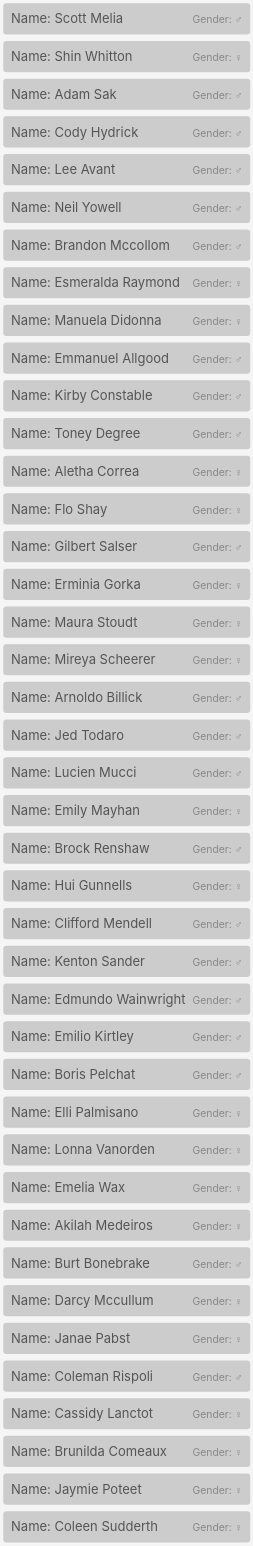
Repository: kfrancois/Bachelorproef-Apps
Screen: / (app in React Native/ListApp/.vscode/)
The author's editor kept a copy of each file at every save. The screen is drawn from the files as they stood at one save, then again after the next save.
The pictures are shown at 65% of full size.
An inner scrolling area shows only its first screen. The app was drawn by React Native's web renderer in a window 390 px wide. The project was rebuilt for these pictures with package versions that can differ from the ones it lists, and the page was loaded fresh each time.

Above is the screen before, as saved 2018-05-21 19:45:03.

### React Native/ListApp/.vscode/App.js
import React, { Component } from 'react';
import { SafeAreaView, View } from 'react-native';
import ListView from './src/listView';

export default class App extends Component {
  render() {
    return (
      <SafeAreaView>
        <View style={{ flex: 1, backgroundColor: 'black' }}>
          <ListView />
        </View>
      </SafeAreaView>
    );
  }
}

### React Native/ListApp/.vscode/src/listView.js
import React, { Component } from 'react';
import { View, FlatList, SafeAreaView, StyleSheet } from 'react-native';
import items from './items';
import Row from './row';

export default class MyListView extends Component {
  render() {
    return (
      <SafeAreaView style={{ flex: 1, backgroundColor: 'whitesmoke' }}>
        <FlatList
          contentContainerStyle={styles.container}
          data={items}
          renderItem={data => {
            return <Row item={data.item} />;
          }}
        />
      </SafeAreaView>
    );
  }
}

const styles = StyleSheet.create({
  container: {
    backgroundColor: 'whitesmoke',
    flexGrow: 1,
    justifyContent: 'space-between'
  }
});

### React Native/ListApp/.vscode/src/items.js
const items = [
  { key: '0', name: 'Scott Melia', gender: '♂' },
  { key: '1', name: 'Shin Whitton', gender: '♀' },
  { key: '2', name: 'Adam Sak', gender: '♂' },
  { key: '3', name: 'Cody Hydrick', gender: '♂' },
  { key: '4', name: 'Lee Avant', gender: '♂' },
  { key: '5', name: 'Neil Yowell', gender: '♂' },
  { key: '6', name: 'Brandon Mccollom', gender: '♂' },
  { key: '7', name: 'Esmeralda Raymond', gender: '♀' },
  { key: '8', name: 'Manuela Didonna', gender: '♀' },
  { key: '9', name: 'Emmanuel Allgood', gender: '♂' },
  { key: '10', name: 'Kirby Constable', gender: '♂' },
  { key: '11', name: 'Toney Degree', gender: '♂' },
  { key: '12', name: 'Aletha Correa', gender: '♀' },
  { key: '13', name: 'Flo Shay', gender: '♀' },
  { key: '14', name: 'Gilbert Salser', gender: '♂' },
  { key: '15', name: 'Erminia Gorka', gender: '♀' },
  { key: '16', name: 'Maura Stoudt', gender: '♀' },
  { key: '17', name: 'Mireya Scheerer', gender: '♀' },
  { key: '18', name: 'Arnoldo Billick', gender: '♂' },
  { key: '19', name: 'Jed Todaro', gender: '♂' },
  { key: '20', name: 'Lucien Mucci', gender: '♂' },
  { key: '21', name: 'Emily Mayhan', gender: '♀' },
  { key: '22', name: 'Brock Renshaw', gender: '♂' },
  { key: '23', name: 'Hui Gunnells', gender: '♀' },
  { key: '24', name: 'Clifford Mendell', gender: '♂' },
  { key: '25', name: 'Kenton Sander', gender: '♂' },
  { key: '26', name: 'Edmundo Wainwright', gender: '♂' },
  { key: '27', name: 'Emilio Kirtley', gender: '♂' },
  { key: '28', name: 'Boris Pelchat', gender: '♂' },
  { key: '29', name: 'Elli Palmisano', gender: '♀' },
  { key: '30', name: 'Lonna Vanorden', gender: '♀' },
  { key: '31', name: 'Emelia Wax', gender: '♀' },
  { key: '32', name: 'Akilah Medeiros', gender: '♀' },
  { key: '33', name: 'Burt Bonebrake', gender: '♂' },
  { key: '34', name: 'Darcy Mccullum', gender: '♀' },
  { key: '35', name: 'Janae Pabst', gender: '♀' },
  { key: '36', name: 'Coleman Rispoli', gender: '♂' },
  { key: '37', name: 'Cassidy Lanctot', gender: '♀' },
  { key: '38', name: 'Brunilda Comeaux', gender: '♀' },
  { key: '39', name: 'Jaymie Poteet', gender: '♀' },
  { key: '40', name: 'Coleen Sudderth', gender: '♀' }
];

export default items;

### React Native/ListApp/.vscode/src/row.js
import React, { Component } from 'react';
import { View, Text, StyleSheet } from 'react-native';

export default class Row extends Component {
  render() {
    const item = this.props.item;
    const { name, gender } = item;
    return (
      <View style={styles.container}>
        <Text style={styles.rowHeading}>Name: {name}</Text>
        <Text style={styles.rowText}>Gender: {gender}</Text>
      </View>
    );
  }
}

const styles = StyleSheet.create({
  container: {
    flexDirection: 'row',
    justifyContent: 'space-between',
    alignItems: 'baseline',
    margin: 5,
    padding: 12,
    borderRadius: 5,
    backgroundColor: '#ccc'
  },
  rowHeading: {
    fontSize: 20,
    color: '#555'
  },
  rowText: {
    fontSize: 16,
    color: '#888'
  }
});

After the next save:
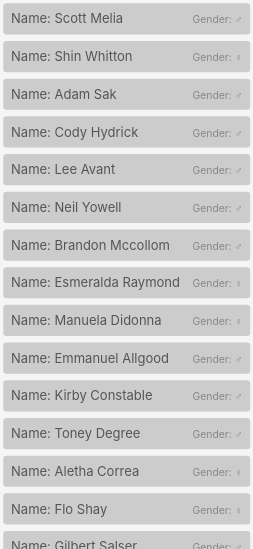
Saved 8 s later.
--- a/React Native/ListApp/.vscode/App.js
+++ b/React Native/ListApp/.vscode/App.js
@@ -5,7 +5,7 @@ import ListView from './src/listView';
 export default class App extends Component {
   render() {
     return (
-      <SafeAreaView>
+      <SafeAreaView style={{ flex: 1, backgroundColor: 'black' }}>
         <View style={{ flex: 1, backgroundColor: 'black' }}>
           <ListView />
         </View>
